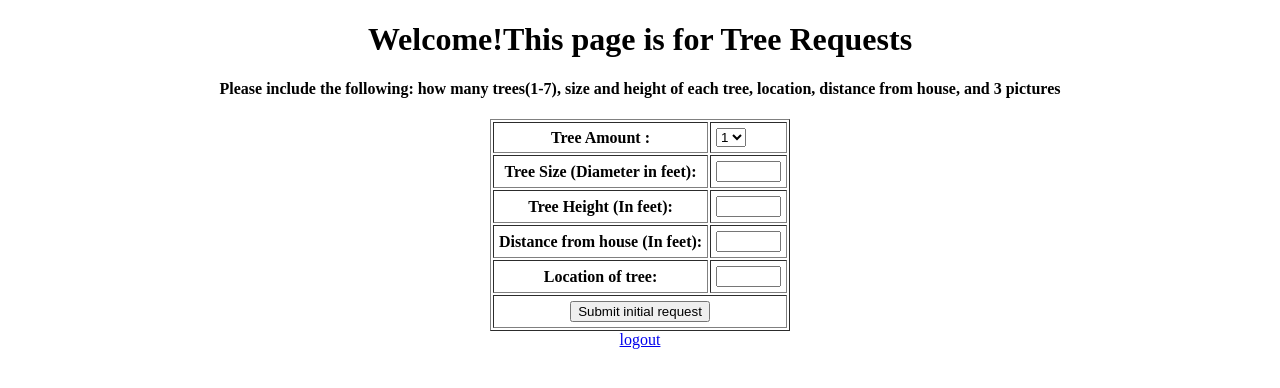
Repository: jrule5960/Tree-Cutting-Database
Page: http://localhost/database/processTreeRequest.jsp
The author's editor kept a copy of each file at every save. The page is drawn from the files as they stood at one save, then again after the next save.
The browser window is 1280 px wide. The pictures show the whole page.
The page is served by Tomcat 9. Other server files are loaded and not shown.

Above is the page before, as saved 2023-11-06 18:32:49.

### database/WebContent/processTreeRequest.jsp
<%@ page language="java" contentType="text/html; charset=ISO-8859-1"
    pageEncoding="ISO-8859-1"%>
<%@ taglib uri="http://java.sun.com/jsp/jstl/core" prefix="c" %>

<!DOCTYPE html>
<html>
<head>
<meta charset="ISO-8859-1">
<title>Process Tree page</title>
</head>

<center><h1>Welcome!This page is for Tree Requests</h1> </center>

	<center>
	<h4>Please include the following: how many trees(1-7), size and height of each tree, location, distance from house, and 3 pictures	 </h4>
	</center>



	<form action = "DavidSmithView.jsp" method = "post">
	<center>

		<table border="1" cellpadding="5">
		<tr>
			<th> Tree Amount : </th>
			<td>
			<select name= "tree_amt">
				<option value ="1"> 1  </option>
				<option value ="2"> 2  </option>
				<option value ="3"> 3  </option>
				<option value ="4"> 4  </option>
				<option value ="5"> 5  </option>
				<option value ="6"> 6  </option>
				<option value ="7"> 7  </option>
			</select>
			</td>
		</tr>

		<tr>
			<th> Tree Size (Diameter in feet): </th>
			<td align="center" colspan="8">
			<input type = "text" name = "tree_size" size = "5">
			</td>
		</tr>

		<tr>
			<th> Tree Height (In feet): </th>
			<td align="center" colspan="8">
			<input type = "text" name = "tree_height" size = "5">
			</td>
		</tr>

		<tr>
			<th> Distance from house (In feet): </th>
			<td align="center" colspan="8">
			<input type = "text" name = "tree_distance" size = "5">
			</td>
		</tr>

		<tr>
			<th> Location of tree: </th>
			<td align="center" colspan="8">
			<input type = "text" name = "tree_location" size = "5">
			</td>
		</tr>

		<tr>
			<td align="center" colspan="8">
			<input type = "submit" value = "Submit initial request">
			</td>
		</tr>
		</center>

		</table>
	</form>


	<body>
	 <center>
		 <a href="login.jsp"target ="_self" > logout</a><br><br>
		 </center>
	</body>
</html>

After the next save:
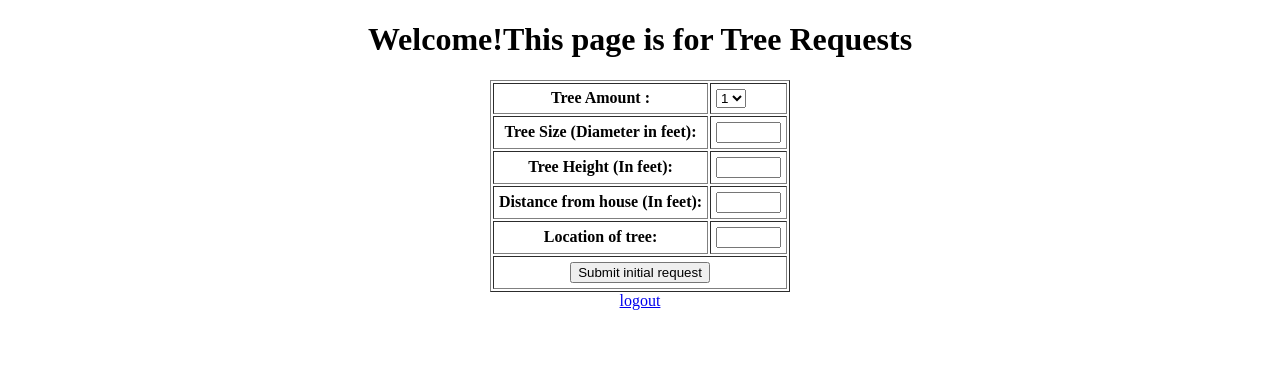
Saved 32 s later.
--- a/database/WebContent/processTreeRequest.jsp
+++ b/database/WebContent/processTreeRequest.jsp
@@ -12,7 +12,6 @@
 <center><h1>Welcome!This page is for Tree Requests</h1> </center>
 
 	<center>
-	<h4>Please include the following: how many trees(1-7), size and height of each tree, location, distance from house, and 3 pictures	 </h4>
 	</center>
 
 
